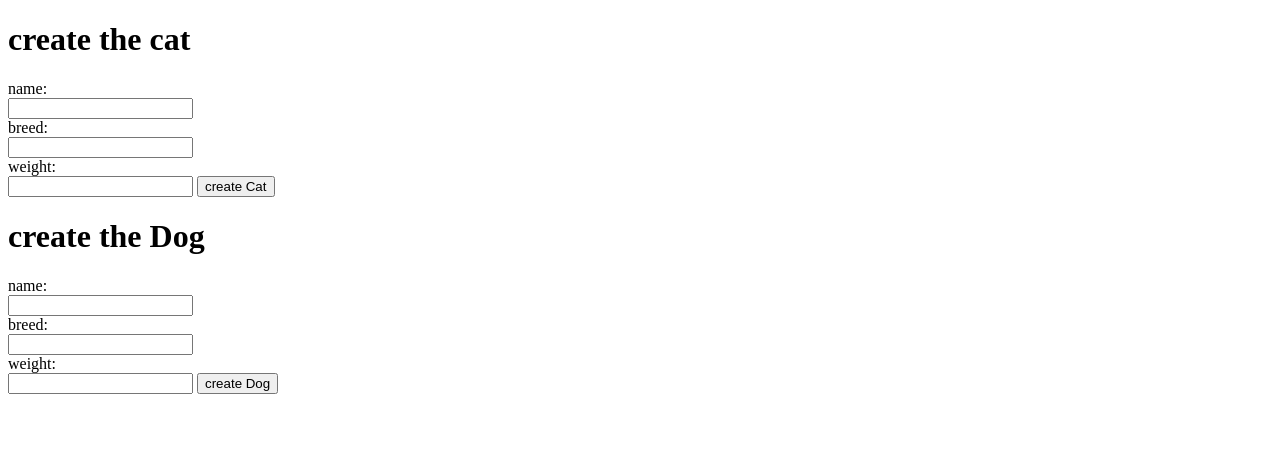
Repository: santsah11/javaStack
Page: http://localhost/ptes/Home
An editor plug-in stored every save of this project. The page is shown before and after the next save, followed by the edit.
The browser window is 1280 px wide. The pictures show the whole page.
The page is served by Tomcat 9.

Above is the page before, as saved 2018-12-01 01:52:45.

After the next save:
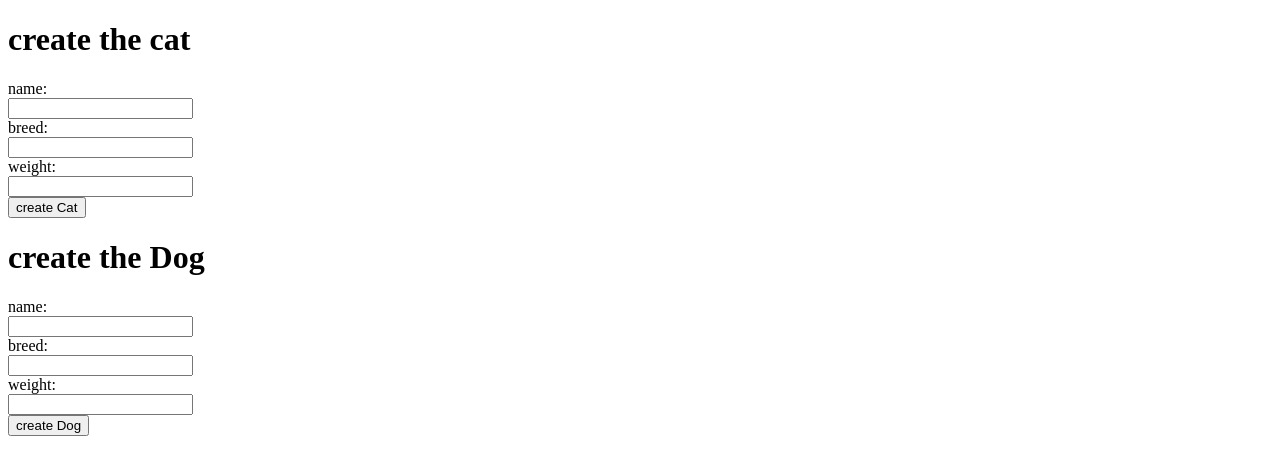
Saved 43 s later.
--- a/javaOntheWeb/ptes/WebContent/WEB-INF/index.jsp
+++ b/javaOntheWeb/ptes/WebContent/WEB-INF/index.jsp
@@ -15,7 +15,7 @@
 			<form>
 				name:<br> <input type="text" name="firstname"><br>
 				breed:<br> <input type="text" name="lastname"> <br>
-				weight:<br> <input type="int" name="lastname">
+				weight:<br> <input type="int" name="lastname"><br>
 				<button>create Cat</button>
 
 			</form>
@@ -25,7 +25,7 @@
 			<form>
 				name:<br> <input type="text" name="firstname"><br>
 				breed:<br> <input type="text" name="lastname"> <br>
-				weight:<br> <input type="int" name="lastname">
+				weight:<br> <input type="int" name="lastname"><br>
 				<button>create Dog</button>
 
 			</form>
